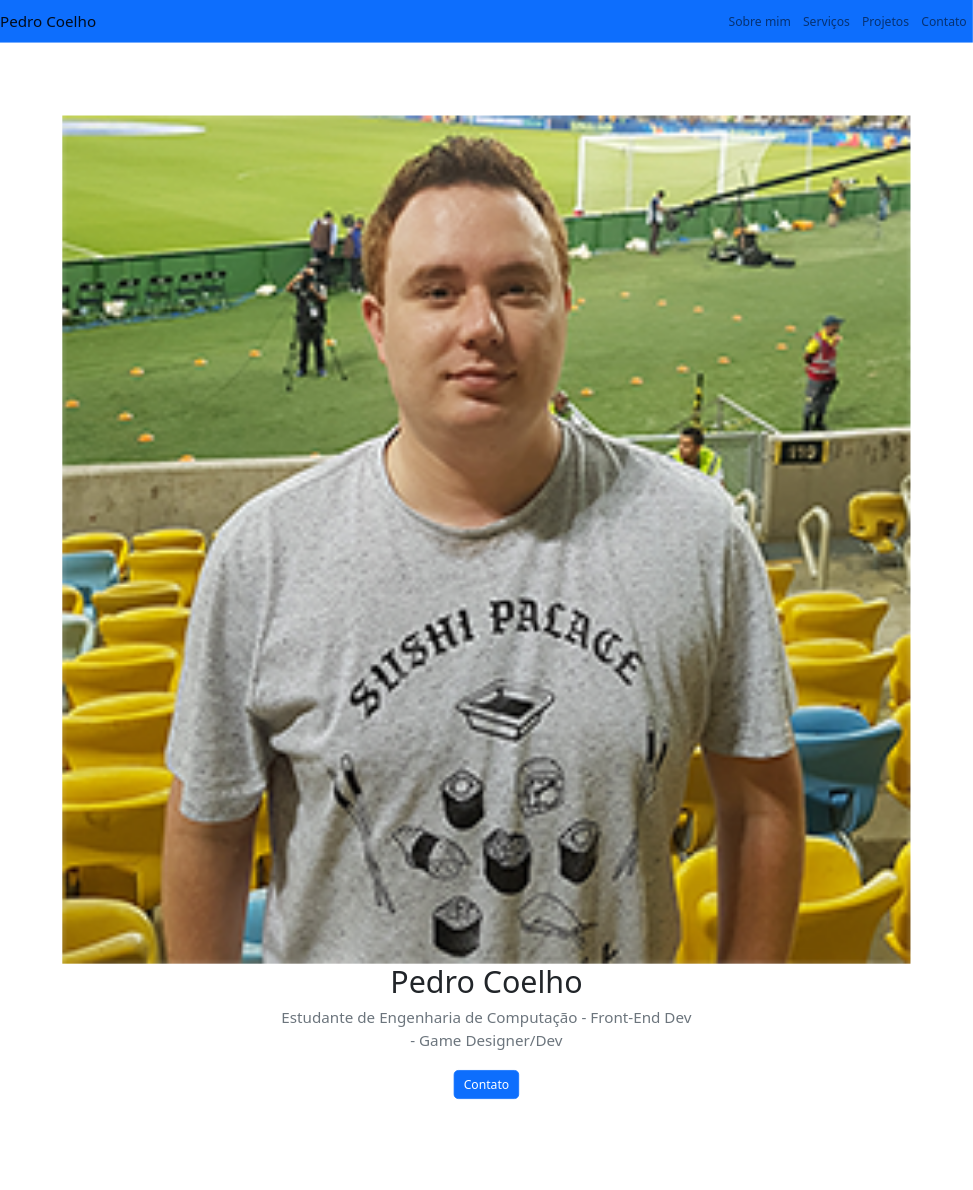
Repository: PedroHQCoelho/portfolio
Page: index.html
An editor plug-in stored every save of this project. The page is shown before and after the next save, followed by the edit.
The browser window is 1280 px wide. The pictures show the whole page, at 76% of full size.

Above is the page before, as saved 2022-05-24 19:59:22.

### index.html
<!DOCTYPE html>
<html lang="pt-BR">
<head>
    <meta charset="UTF-8">
    <meta http-equiv="X-UA-Compatible" content="IE=edge">
    <meta name="viewport" content="width=device-width, initial-scale=1.0">
    <title>Pedro Coelho - Portfólio</title>
    <link href="https://cdn.jsdelivr.net/npm/bootstrap@5.2.0-beta1/dist/css/bootstrap.min.css" rel="stylesheet" integrity="sha384-0evHe/X+R7YkIZDRvuzKMRqM+OrBnVFBL6DOitfPri4tjfHxaWutUpFmBp4vmVor" crossorigin="anonymous">
    <script src="https://cdn.jsdelivr.net/npm/bootstrap@5.2.0-beta1/dist/js/bootstrap.bundle.min.js" integrity="sha384-pprn3073KE6tl6bjs2QrFaJGz5/SUsLqktiwsUTF55Jfv3qYSDhgCecCxMW52nD2" crossorigin="anonymous"></script>
    <script src="https://cdn.jsdelivr.net/npm/@popperjs/core@2.11.5/dist/umd/popper.min.js" integrity="sha384-Xe+8cL9oJa6tN/veChSP7q+mnSPaj5Bcu9mPX5F5xIGE0DVittaqT5lorf0EI7Vk" crossorigin="anonymous"></script>
    <script src="https://cdn.jsdelivr.net/npm/bootstrap@5.2.0-beta1/dist/js/bootstrap.min.js" integrity="sha384-kjU+l4N0Yf4ZOJErLsIcvOU2qSb74wXpOhqTvwVx3OElZRweTnQ6d31fXEoRD1Jy" crossorigin="anonymous"></script>
    <link rel="stylesheet" href="style.css">
</head>
<body>
    <nav class="navbar navbar-expand-lg navbar-light bg-primary">
        <a class="navbar-brand" href="#">Pedro Coelho</a>
        <button class="navbar-toggler" type="button" data-toggle="collapse" data-target="#navbarSupportedContent" aria-controls="navbarSupportedContent" aria-expanded="false" aria-label="Toggle navigation">
          <span class="navbar-toggler-icon"></span>
        </button>

        <div class="collapse navbar-collapse" id="navbarSupportedContent">
          <ul class="navbar-nav me-auto">

          </ul>
          <ul class="navbar-nav">
            <li class="nav-item">
                <a class="nav-link" href="#">Sobre mim</a>
            </li>
            <li class="nav-item">
                <a class="nav-link" href="#">Serviços</a>
            </li>
            <li class="nav-item">
                <a class="nav-link" href="#">Projetos</a>
            </li>
            <li class="nav-item">
                <a class="nav-link" href="#">Contato</a>
            </li>
          </ul>
        </div>
    </nav>

    <section class="py-5 text-center container">
        <div class="row py-lg-5">
            <img src="img/foto-quadrada.png" alt="foto pessoal">
          <div class="col-lg-6 col-md-8 mx-auto">
            <h1 class="fw-light">Pedro Coelho</h1>
            <p class="lead text-muted">Estudante de Engenharia de Computação - Front-End Dev - Game Designer/Dev</p>
            <p>
              <a href="#" class="btn btn-primary my-2">Contato</a>
            </p>
          </div>
        </div>
    </section>
</body>
</html>

### style.css
nav {
    justify-content: space-between;
}

After the next save:
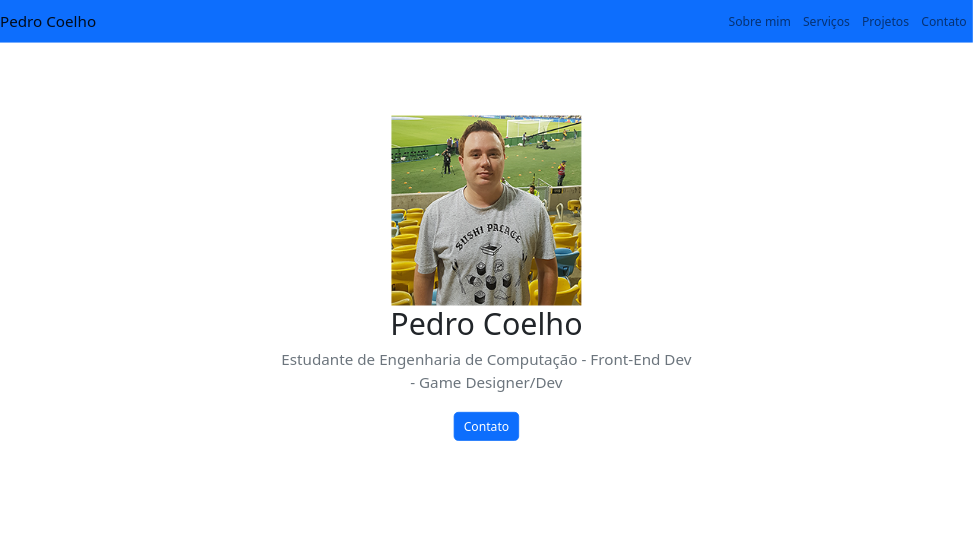
Saved 11 s later.
--- a/index.html
+++ b/index.html
@@ -41,8 +41,8 @@
 
     <section class="py-5 text-center container">
         <div class="row py-lg-5">
-            <img src="img/foto-quadrada.png" alt="foto pessoal">
-          <div class="col-lg-6 col-md-8 mx-auto">
+            <div class="col-lg-6 col-md-8 mx-auto">
+              <img src="img/foto-quadrada.png" alt="foto pessoal">
             <h1 class="fw-light">Pedro Coelho</h1>
             <p class="lead text-muted">Estudante de Engenharia de Computação - Front-End Dev - Game Designer/Dev</p>
             <p>

After the save that followed:
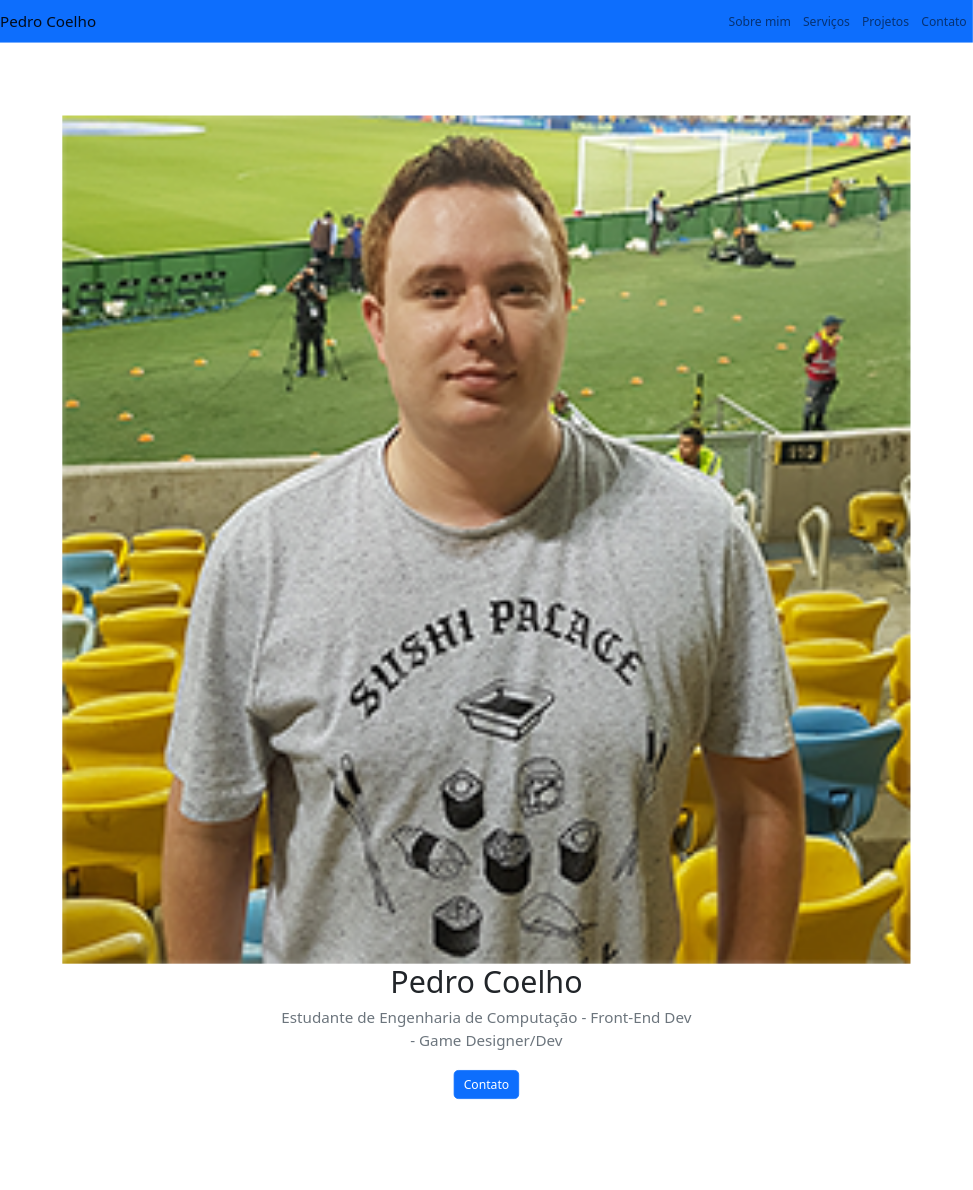
Saved 5 s later.
--- a/index.html
+++ b/index.html
@@ -41,8 +41,8 @@
 
     <section class="py-5 text-center container">
         <div class="row py-lg-5">
+            <img src="img/foto-quadrada.png" alt="foto pessoal">
             <div class="col-lg-6 col-md-8 mx-auto">
-              <img src="img/foto-quadrada.png" alt="foto pessoal">
             <h1 class="fw-light">Pedro Coelho</h1>
             <p class="lead text-muted">Estudante de Engenharia de Computação - Front-End Dev - Game Designer/Dev</p>
             <p>
